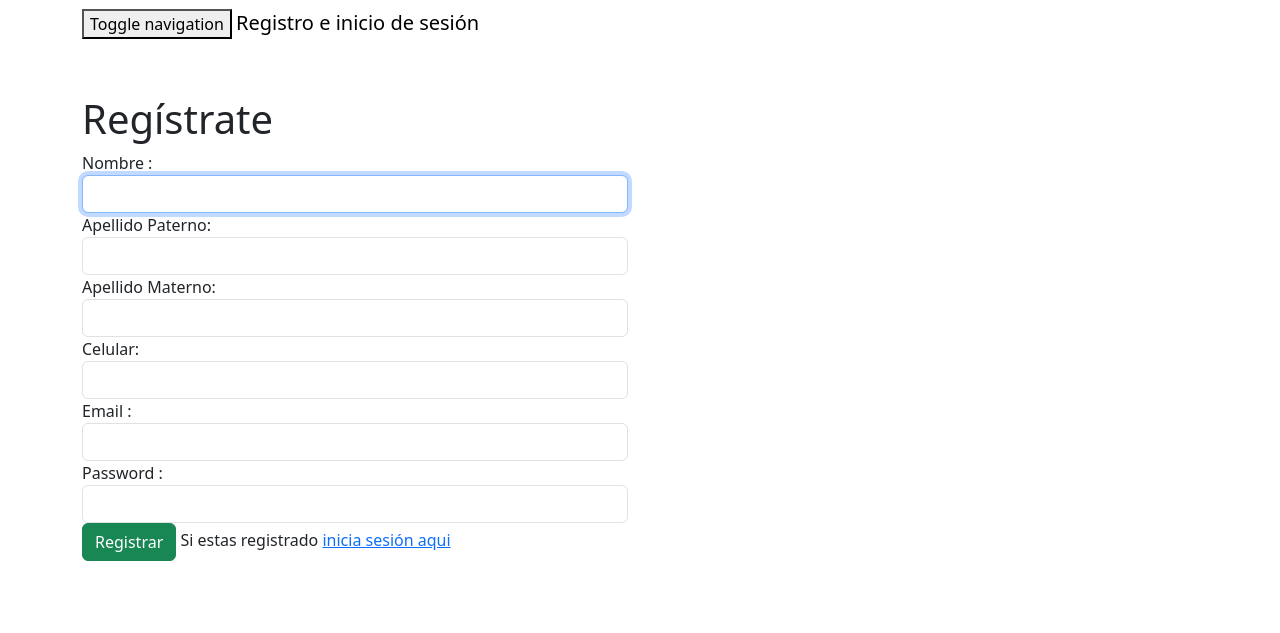
Repository: ronald30rlv/ProyectoLoginSecurityRegistroUsuarios
Page: http://localhost/registro
An editor plug-in stored every save of this project. The page is shown before and after the next save, followed by the edit.
The browser window is 1280 px wide. The pictures show the whole page.
The page is this project's Thymeleaf template; nobody is signed in. The template is opened directly, without the code that normally fills it, so the values that code supplies are empty.

Above is the page before, as saved 2023-05-03 14:48:00.

### ApiRegistroUsuariosSecurity/src/main/resources/templates/registro.html
<!DOCTYPE html>
<html xmlns:th="http://www.thymeleaf.org">
<head>
<meta charset="utf-8">
<link href="https://cdn.jsdelivr.net/npm/bootstrap@5.3.0-alpha3/dist/css/bootstrap.min.css"
	rel="stylesheet" integrity="sha384-KK94CHFLLe+nY2dmCWGMq91rCGa5gtU4mk92HdvYe+M/SXH301p5ILy+dN9+nJOZ"
	crossorigin="anonymous">
<title th:text=${mensaje}></title>
</head>
<body>
	<nav class="navbar navbar-inverse navbar-fixed-top">
		<div class="container">
			<div class="navbar-header">
				<button type="button" class="navbar-toggle collapsed"
					data-toggle="collapse" data-target="#navbar" aria-expanded="false"
					aria-controls="navbar">
					<span class="sr-only">Toggle navigation</span> <span
						class="icon-bar"></span> <span class="icon-bar"></span> <span
						class="icon-bar"></span>
				</button>
				<a class="navbar-brand" href="#" th:href="@{/}">Registro e
					inicio de sesión</a>
			</div>
		</div>
	</nav>
	<br>
    <br>

	<div class="container">
		<div class="row">
			<div class="col-md-6 col-md-offset-3">
				<div th:if=${param.exito}>
					<div class="alert alert-info">Se ha registrado exitosamente a
						la aplicación</div>
				</div>

				<h1>Regístrate</h1>
				<form th:action="@{/registro}" method="post" th:object="${usuario}">
					<div class="form-group">
						<label class="control-label" for="nombre">Nombre : </label>
						<input id="nombre" type="text" class="form-control" th:field="*{nombre}" required autofocus="autofocus">
					</div>

					<div class="form-group">
						<label class="control-label" for="apellidoPaterno">Apellido Paterno: </label>
						<input id="apepaterno" type="text" class="form-control" th:field="*{apePaterno}" required autofocus="autofocus">
					</div>

					<div class="form-group">
						<label class="control-label" for="apellidoMaterno">Apellido Materno: </label>
						<input id="apematerno" type="text" class="form-control" th:field="*{apeMaterno}" required autofocus="autofocus">
					</div>

					<div class="form-group">
						<label class="control-label" for="celular">Celular: </label>
						<input id="celular" type="text" class="form-control" th:field="*{celular}" required autofocus="autofocus">
					</div>

					<div class="form-group">
						<label class="control-label" for="email">Email : </label>
						<input id="email" type="email" class="form-control" th:field="*{email}" required autofocus="autofocus">
					</div>

					<div class="form-group">
						<label class="control-label" for="password">Password : </label>
						<input id="password" type="password" class="form-control" th:field="*{password}" required autofocus="autofocus">
					</div>

					<div class="form-group">
						<button type="submit" class="btn btn-success">Registrar</button>
						<span>Si estas registrado <a th:href="@{/login}">inicia
								sesión aqui</a></span>
					</div>
				</form>
			</div>
		</div>
	</div>

	<script src="https://cdn.jsdelivr.net/npm/bootstrap@5.3.0-alpha3/dist/js/bootstrap.bundle.min.js"
	integrity="sha384-ENjdO4Dr2bkBIFxQpeoTz1HIcje39Wm4jDKdf19U8gI4ddQ3GYNS7NTKfAdVQSZe"
	crossorigin="anonymous"></script>
</body>
</html>

After the next save:
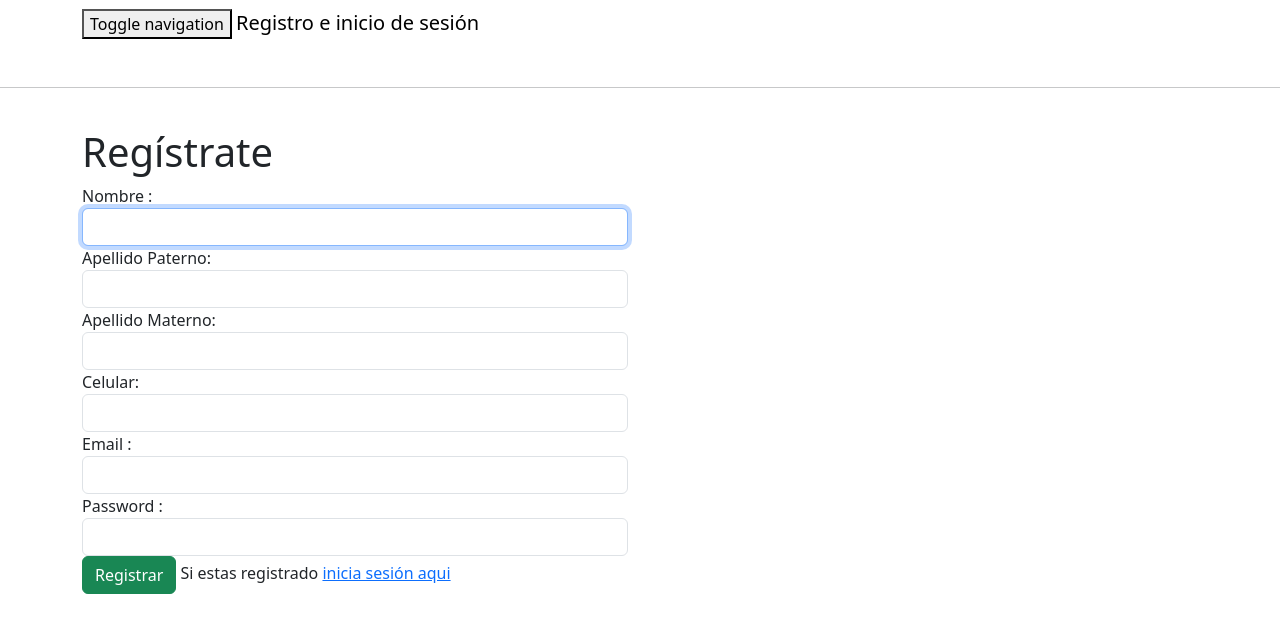
Saved 61 s later.
--- a/ApiRegistroUsuariosSecurity/src/main/resources/templates/registro.html
+++ b/ApiRegistroUsuariosSecurity/src/main/resources/templates/registro.html
@@ -18,12 +18,11 @@
 						class="icon-bar"></span> <span class="icon-bar"></span> <span
 						class="icon-bar"></span>
 				</button>
-				<a class="navbar-brand" href="#" th:href="@{/}">Registro e
-					inicio de sesión</a>
+				<a class="navbar-brand" href="#" th:href="@{/}">Registro e inicio de sesión</a>
 			</div>
 		</div>
 	</nav>
-	<br>
+	<br><hr>
     <br>
 
 	<div class="container">
